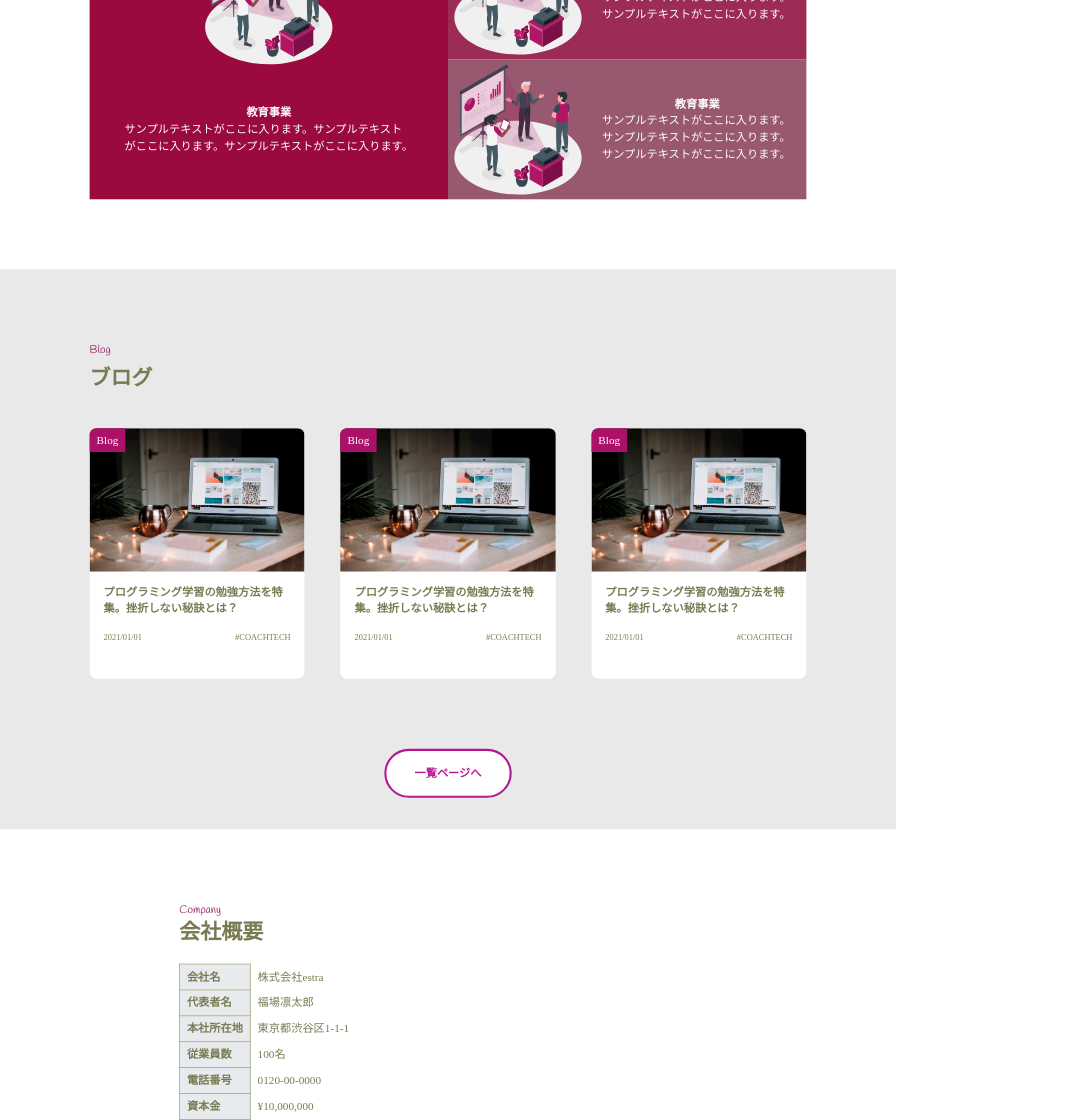
Repository: masanarimiura/20220504miura
Page: index.html
These files come from the project's save history. The page is drawn as it stood at one moment and after a run of saves; the edit follows.
The browser window is 1280 px wide. The page is 1536 px wide, so the pictures cover 1536 px, including what lies to the right of the window. The pictures show the part of the page from y = 2034 to 3634 px (the page is 3634 px tall), at 70% of full size.

Above is the page before, as saved 2022-05-05 01:01:47.

### index.html
<!DOCTYPE html>
<html lang="ja">

<head>
  <meta charset="UTF-8">
  <meta http-equiv="X-UA-Compatible" content="IE=edge">
  <meta name="viewport" content="width=device-width, initial-scale=1.0">
  <title>20220504miura</title>
  <link rel="stylesheet" href="css/reset.css">
  <link rel="stylesheet" href="css/style.css">
  <link rel="preconnect" href="https://fonts.googleapis.com">
  <link rel="preconnect" href="https://fonts.gstatic.com" crossorigin>
  <link href="https://fonts.googleapis.com/css2?family=Gochi+Hand&display=swap" rel="stylesheet">
  <link rel="preconnect" href="https://fonts.googleapis.com">
  <link rel="preconnect" href="https://fonts.gstatic.com" crossorigin>
  <link href="https://fonts.googleapis.com/css2?family=Handlee&display=swap" rel="stylesheet">
</head>

<header class="header">
  <div class="header-inner">
    <div class="header-logo">
      <a href="">ssssssss
        <img src="img/estra_logo.png" alt="">
      </a>
    </div>
    <nav class="header-nav">
      <ul class="header-nav-list">
        <li class="header-nav-item"><a href="" class="header-nav-link">
            News
          </a></li>
        <li class="header-nav-item"><a href="" class="header-nav-link">
            About
          </a></li>
        <li class="header-nav-item"><a href="" class="header-nav-link">
            Service
          </a></li>
        <li class="header-nav-item"><a href="" class="header-nav-link">
            Blog
          </a></li>
        <li class="header-nav-item"><a href="" class="header-nav-link">
            Company
          </a></li>
        <li class="header-nav-item"><a href="" class="header-nav-link">
            Contact
          </a></li>
      </ul>
    </nav>
  </div>
</header>
<div class="firstview">
  <img src="img/firstview.jpg" alt="">
  <div class="firstview-inner">
    <h2 class="firstview-ttl">
      Commit to the <span class="firstview-text-emphasis">growth</span> <br>for everone
    </h2>
    <div class="firstview">
      <p class="firstview-text">
        全ての人の<span class="firstview-text-emphasis">成長</span>にコミットする
      </p>
      <p class="firstview-en">
        Educational Technology Company <br>estra inc 2019
      </p>
    </div>
  </div>
</div>
<div class="news">
  <p class="news-icon icon">News</p>
  <h2 class="news-ttl">新着情報
  </h2>
  <table class="news-table">
    <tr class="news-table-tr">
      <td class="news-table-date">2021/01/01</td>
      <td class="news-table-news">ニュース</td>
      <td class="news-table-text">COACHTECHのサービスが開始されました。</td>
    </tr>
    <tr class="news-table-tr">
      <td class="news-table-date">2021/01/01</td>
      <td class="news-table-news">ニュース</td>
      <td class="news-table-text">COACHTECHのサービスが開始されました。</td>
    </tr>
    <tr class="news-table-tr">
      <td class="news-table-date">2021/01/01</td>
      <td class="news-table-news">ニュース</td>
      <td class="news-table-text">COACHTECHのサービスが開始されました。</td>
    </tr>
    <tr class="news-table-tr">
      <td class="news-table-date">2021/01/01</td>
      <td class="news-table-news">ニュース</td>
      <td class="news-table-text">COACHTECHのサービスが開始されました。</td>
    </tr>
    <tr class="news-table-tr">
      <td class="news-table-date">2021/01/01</td>
      <td class="news-table-news">ニュース</td>
      <td class="news-table-text">COACHTECHのサービスが開始されました。</td>
    </tr>
  </table>
</div>
<div class="about">
  <div class="about-top">
    <div class="about-icon icon">About</div>
    <h2 class="about-ttl">Technology x Coaching</h2>
  </div>
  <div class="about-inner">
    <div class="about-text">
      <p class="about-text-content">
        株式会社estraはデジタル化が遅れている教育業界に最新テクノロジーを導入することによって教育のDXを実現します。　<br><br>
        独自のオペレーションとコーチングを融合した新しい教育の仕組みにより、一人ひとりに合わせた最適な教育を提供します。
      </p>
    </div>
    <img src="img/about.jpg" alt="">
  </div>
</div>
<div class="service">
  <div class="service-top">
    <div class="service-icon icon">Service</div>
    <h2 class="service-ttl">サービス内容</h2>
  </div>
  <div class="service-box">
    <div class="service-box1">
      <img src="img/service__first.svg" alt="" class="service-img">
      <div class="service-explain1">
        <h3 class="service-box-ttl1">教育事業</h3>
        <p class="service-box-text1">サンプルテキストがここに入ります。サンプルテキストがここに入ります。サンプルテキストがここに入ります。</p>
      </div>
    </div>
    <div class="service-box2">
      <img src="img/service__first.svg" alt="" class="service-img">
      <div class="service-explain2">
        <h3 class="service-box-ttl2">教育事業</h3>
        <p class="service-box-text2">サンプルテキストがここに入ります。サンプルテキストがここに入ります。サンプルテキストがここに入ります。</p>
      </div>
    </div>
    <div class="service-box3">
      <img src="img/service__first.svg" alt="" class="service-img">
      <div class="service-explain2">
        <h3 class="service-box-ttl3">教育事業</h3>
        <p class="service-box-text3">サンプルテキストがここに入ります。サンプルテキストがここに入ります。サンプルテキストがここに入ります。</p>
      </div>
    </div>
  </div>
</div>
<div class="blog">
  <div class="blog-top">
    <div class="blog-icon icon">Blog</div>
    <h2 class="blog-ttl">ブログ</h2>
  </div>
  <div class="blog-main">
    <div class="blog-card">
      <img src="img/blog__first.jpg" alt="">
      <div class="blog-noti">Blog</div>
      <div class="blog-text">
        <p class="blog-text-content">プログラミング学習の勉強方法を特集。挫折しない秘訣とは？</p>
        <div class="blog-last">
          <div class="blog-date">2021/01/01</div>
          <div class="blog-tag">#COACHTECH</div>
        </div>
      </div>
    </div>
    <div class="blog-card">
      <img src="img/blog__first.jpg" alt="">
      <div class="blog-noti">Blog</div>
      <div class="blog-text">
        <p class="blog-text-content">プログラミング学習の勉強方法を特集。挫折しない秘訣とは？</p>
        <div class="blog-last">
          <div class="blog-date">2021/01/01</div>
          <div class="blog-tag">#COACHTECH</div>
        </div>
      </div>
    </div>
    <div class="blog-card">
      <img src="img/blog__first.jpg" alt="">
      <div class="blog-noti">Blog</div>
      <div class="blog-text">
        <p class="blog-text-content">プログラミング学習の勉強方法を特集。挫折しない秘訣とは？</p>
        <div class="blog-last">
          <div class="blog-date">2021/01/01</div>
          <div class="blog-tag">#COACHTECH</div>
        </div>
      </div>
    </div>
  </div>
  <div class="blog-btn">
    <a href="http://" class="blog-link">一覧ページへ</a>
  </div>
</div>
<div class="company">
  <div class="company-top">
    <div class="company-icon icon">Company</div>
    <div class="company-ttl">会社概要</div>
  </div>
  <table class="company-table">
    <tr class="company-tr">
      <th>会社名</th>
      <td>株式会社estra</td>
    </tr>
    <tr class="company-tr">
      <th>代表者名</th>
      <td>福場凛太郎</td>
    </tr>
    <tr class="company-tr">
      <th>本社所在地</th>
      <td>東京都渋谷区1-1-1</td>
    </tr>
    <tr class="company-tr">
      <th>従業員数</th>
      <td>100名</td>
    </tr>
    <tr class="company-tr">
      <th>電話番号</th>
      <td>0120-00-0000</td>
    </tr>
    <tr class="company-tr">
      <th>資本金</th>
      <td>&yen10,000,000</td>
    </tr>
  </table>
</div>

<body>

</body>

</html>

### css/style.css
* {
  color: rgb(120, 123, 82);
}
a {
  text-decoration: none;
  color: inherit;
}
.header {
  width: 100%;
}
.header-inner {
  display: flex;
  justify-content: space-between;
  margin: 10px 20px;
}
.header img {
  width: 100px;
}
.header-nav {
  margin: 10px 20px;
}
.header-nav-list {
  display: flex;
  justify-content: center;
}
.header-nav-item:not(:last-child) {
  padding-right: 20px;
}
.firstview {
  width: 100%;
  position: relative;
}
.firstview-inner {
  position: absolute;
  top: 20%;
  left: 20%;
  width: 100%;
}
.firstview img {
  width: 60%;
  margin: 0 0 0 auto;
  display: block;
}
.firstview-ttl {
  color: rgb(119, 21, 70);
  font-size: 50px;
  font-family: "Gochi Hand", cursive;
  line-height: 1.5;
}
.firstview-text {
  color: rgb(119, 21, 70);
  font-size: 20px;
  margin-top: 30px;
}
.firstview-en {
  line-height: 1.5;
  margin-top: 10px;
}
.firstview-text-emphasis {
  color: rgb(32, 134, 172);
  font-weight: bold;
}
.news {
  margin: 100px auto 0;
  width: 60%;
}
.icon {
  color: rgb(153, 21, 92);
  font-family: "Handlee", cursive;
  line-height: 2;
}
.news-ttl {
  font-size: 30px;
  color: rgb(114, 110, 95);
}
.news-table {
  align-items: center;
  border-top: 2px solid rgb(114, 110, 95);
  border-bottom: 2px solid rgb(114, 110, 95);
  margin-top: 20px;
}
.news-table-tr {
  border-bottom: 1px solid rgb(182, 177, 160);
  padding: 30px 0;
}
.news-table-tr td {
  padding: 20px 20px 20px 0;
}
.news-table-news {
  background-color: brown;
  display: inline-block;
  padding: 1px 1px;
  border-radius: 6px;
  margin: 0 0;
  text-align: center;
  align-items: center;
  color: #fff;
}
.about {
  width: 100%;
  background-color: rgb(233, 233, 233);
  margin-top: 100px;
  line-height: 1.5;
  height: 500px;
  padding: 50px 0 20px;
}
.about-top {
  text-align: center;
  margin: 20px;
}
.about-ttl {
  font-size: 30px;
  margin-bottom: 50px;
}
.about-inner {
  display: flex;
  justify-content: space-around;
}
.about-text {
  width: 30%;
}
.about-inner img {
  width: 30%;
}
.service {
  width: 80%;
  margin: 100px auto 0;
}
.service-top {
  margin-bottom: 50px;
}
.service-ttl {
  font-size: 30px;
}
.service-box {
  display: grid;
  grid-template-rows: 50% 50%;
  grid-template-columns: 50% 50%;
}
.service-box1 img,
.service-box2 img,
.service-box3 img {
  width: 200px;
  display: inline-block;
}
.service-box1 img {
  margin: 0 auto;
}
.service-box-ttl1,
.service-box-ttl2,
.service-box-ttl3,
.service-box-text1,
.service-box-text2,
.service-box-text3 {
  color: #fff;
}
.service-box-ttl1,
.service-box-ttl2,
.service-box-ttl3 {
  text-align: center;
}
.service-box1 {
  grid-column: 1/2;
  grid-row: 1/3;
  background-color: rgb(155, 10, 63);
  width: 100%;
  display: flex;
  flex-direction: column;
  justify-content: center;
}
.service-explain1 {
  line-height: 1.5;
  margin: 50px;
}
.service-box2 {
  grid-column: 2/3;
  grid-row: 1/2;
  background-color: rgb(156, 44, 85);
  width: 100%;
  display: flex;
  align-items: center;
}
.service-explain2 {
  line-height: 1.5;
  margin: 50px 20px;
}
.service-box3 {
  grid-column: 2/3;
  grid-row: 2/3;
  background-color: rgb(152, 89, 112);
  width: 100%;
  display: flex;
  align-items: center;
}
.service-explain3 {
  line-height: 1.5;
  margin: 50px 20px;
}
.blog {
  width: 100%;
  background-color: rgb(233, 233, 233);
  margin: 100px auto 0;
  line-height: 1.5;
  height: 700px;
  padding: 100px 0 0px;
}
.blog-top {
  width: 80%;
  margin: 0px auto auto;
}
.blog-ttl {
  font-size: 30px;
}
.blog-main {
  margin: 50px 10% auto;
  display: flex;
  justify-content: space-between;
}
.blog-card {
  width: 30%;
  border-radius: 10px;
  position: relative;
  background: #fff;
}
.blog-card img {
  width: 100%;
  border-radius: 10px 10px 0 0;
}
.blog-noti {
  position: absolute;
  top: 0;
  left: 0;
  background-color: rgb(172, 17, 105);
  color: #fff;
  padding: 5px 10px;
  border-radius: 10px 0 0 0;
}
.blog-text {
  padding: 10px 20px;
}
.blog-text-content {
  font-weight: bold;
}
.blog-last {
  margin: 20px 0;
  padding-bottom: 20px;
  display: flex;
  justify-content: space-between;
  font-size: 12px;
}
.blog-btn {
  display: flex;
  justify-content: center;
  margin: 100px;
}
.blog-link {
  background-color: #fff;
  padding: 20px 40px;
  border: 3px solid rgb(182, 23, 145);
  border-radius: 50px;
  font-weight: bold;
  color: rgb(182, 23, 145);
}
.company {
  width: 60%;
  margin: 100px auto 0;
}
.company-ttl {
  font-size: 30px;
  font-weight: bold;
}
.company-table {
  margin: 30px 0 0;
}
.company-tr th {
  background-color: rgb(232, 235, 238);
  padding: 10px;
  text-align: left;
  border: 1px solid rgb(153, 158, 105);
}
.company-tr td {
  padding: 10px;
}

Loaded but not shown: css/reset.css (common file)

After the next 2 saves:
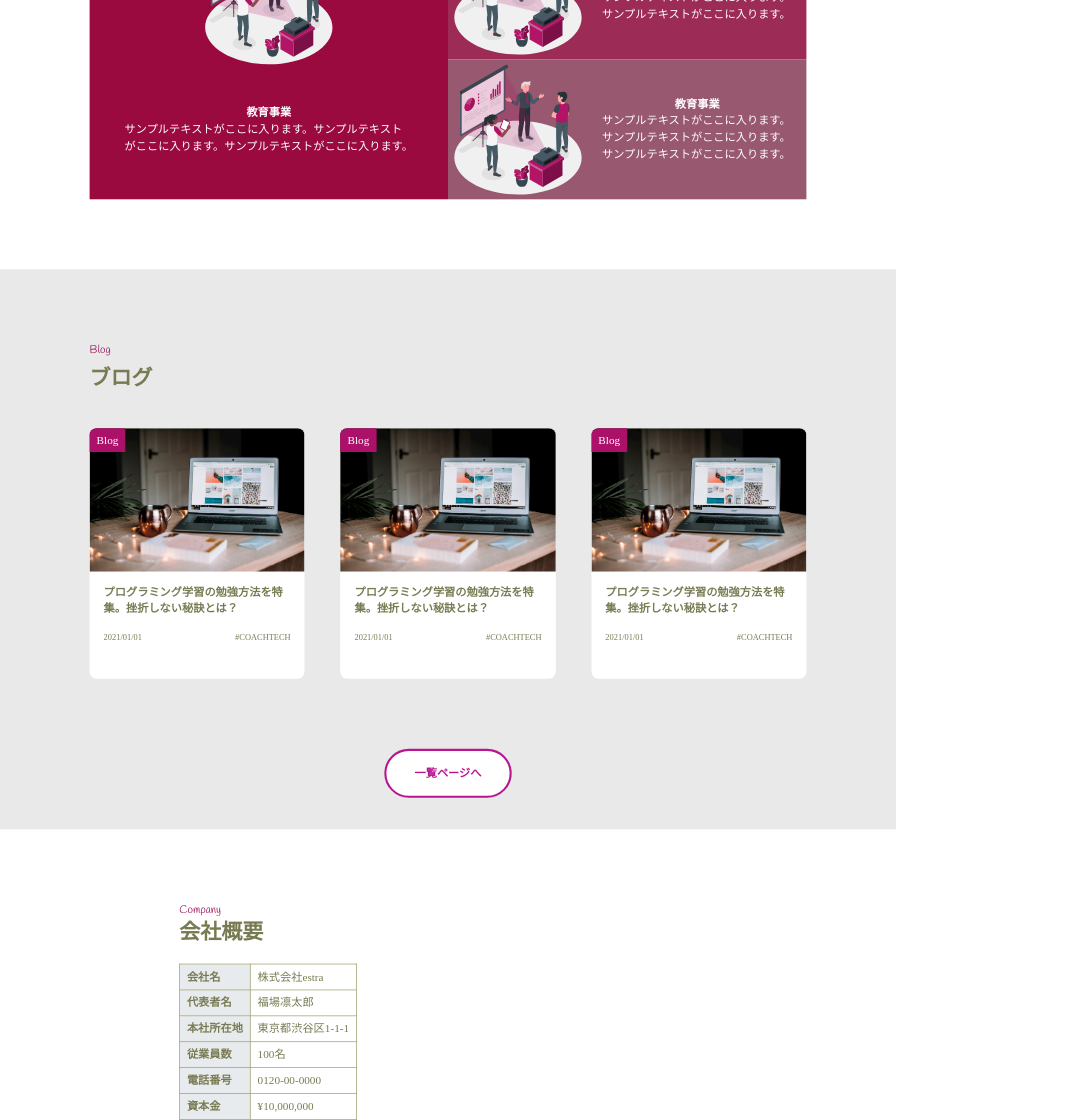
The 2 saves are shown as one change because they came seconds apart.
The last was saved 12 s later.
--- a/css/style.css
+++ b/css/style.css
@@ -280,4 +280,5 @@ a {
 }
 .company-tr td {
   padding: 10px;
-}
+  border: 1px solid rgb(153, 158, 105);
+}
